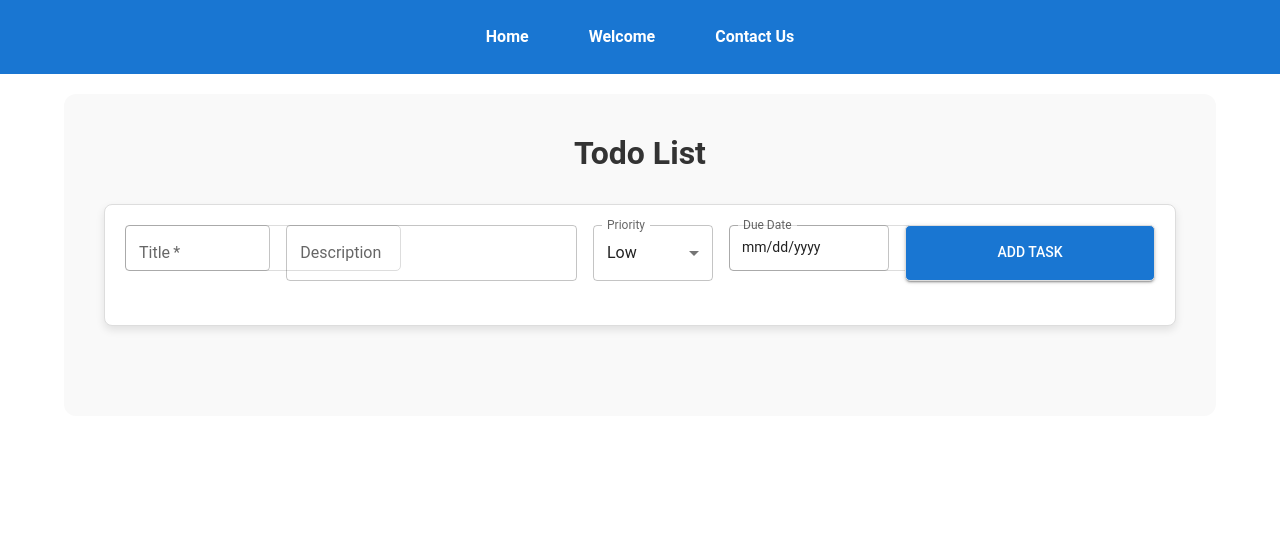
Repository: HPNChanel/Todo-List-Web-App
Page: / (app in frontend/todolist/)
The author's editor kept a copy of each file at every save. The page is drawn from the files as they stood at one save, then again after the next save.
The browser window is 1280 px wide. The pictures show the whole page.
The page's requests for data from a server got no answer. The project was rebuilt for these pictures with package versions that can differ from the ones it lists, and the page was loaded fresh each time. No one was signed in, and anything a server would have sent is missing. Also part of the build but not shown: frontend/todolist/src/styles/TaskItem.css, frontend/todolist/src/components/TaskItem.js, frontend/todolist/src/styles/WelcomePage.css, frontend/todolist/src/pages/WelcomePage.js, frontend/todolist/src/styles/NotFound.css, frontend/todolist/src/pages/NotFound.js. Imported but missing from the stored project, and not drawn on this page: frontend/todolist/src/components/ContactUs.

Above is the page before, as saved 2024-11-05 14:19:43.

After the next save:
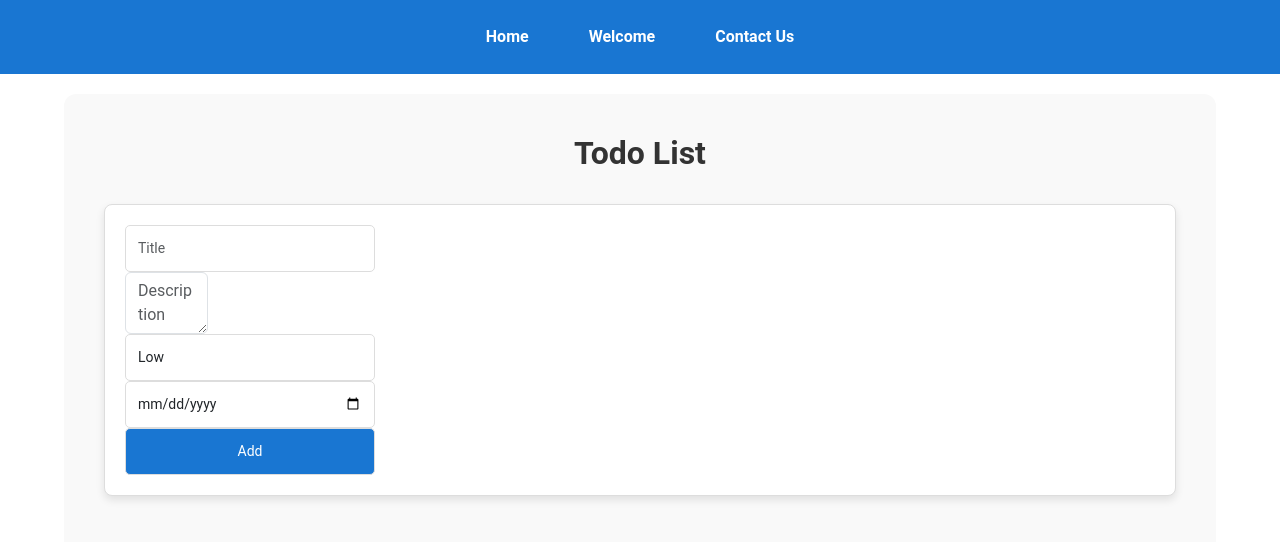
Saved 16 s later.
--- a/frontend/todolist/src/components/TaskForm.js
+++ b/frontend/todolist/src/components/TaskForm.js
@@ -1,9 +1,7 @@
 // src/components/TaskForm.js
 import React, { useState, useEffect } from 'react';
-import { TextField, Button, MenuItem, Box } from '@mui/material';
-import { motion } from 'framer-motion';
+import '../styles/TaskForm.css';
 import useTasks from '../hooks/useTasks';
-import '../styles/TaskForm.css';
 
 function TaskForm({ taskToEdit, clearTaskToEdit }) {
     const { addTask, editTask } = useTasks();
@@ -37,55 +35,52 @@ function TaskForm({ taskToEdit, clearTaskToEdit }) {
     };
 
     return (
-        <motion.div
-            className="task-form"
-            initial={{ opacity: 0, y: -20 }}
-            animate={{ opacity: 1, y: 0 }}
-            transition={{ duration: 0.5 }}
-        >
-            <Box component="form" onSubmit={handleSubmit} sx={{ display: 'flex', gap: 2, mb: 3 }}>
-                <TextField
-                    label="Title"
-                    variant="outlined"
-                    value={title}
-                    onChange={(e) => setTitle(e.target.value)}
-                    required
-                    sx={{ flex: 1 }}
-                />
-                <TextField
-                    label="Description"
-                    variant="outlined"
-                    multiline
-                    maxRows={4}
-                    value={description}
-                    onChange={(e) => setDescription(e.target.value)}
-                    sx={{ flex: 2 }}
-                />
-                <TextField
-                    select
-                    label="Priority"
-                    variant="outlined"
-                    value={priority}
-                    onChange={(e) => setPriority(e.target.value)}
-                    sx={{ width: 120 }}
-                >
-                    <MenuItem value={1}>Low</MenuItem>
-                    <MenuItem value={2}>Medium</MenuItem>
-                    <MenuItem value={3}>High</MenuItem>
-                </TextField>
-                <TextField
-                    label="Due Date"
-                    type="date"
-                    InputLabelProps={{ shrink: true }}
-                    value={dueDate}
-                    onChange={(e) => setDueDate(e.target.value)}
-                    sx={{ width: 160 }}
-                />
-                <Button type="submit" variant="contained" color="primary">
-                    {taskToEdit ? "Update Task" : "Add Task"}
-                </Button>
-            </Box>
-        </motion.div>
+        <form className="task-form mb-4" onSubmit={handleSubmit}>
+            <div className="form-row">
+                <div className="form-group col-md-3">
+                    <input
+                        type="text"
+                        className="form-control"
+                        placeholder="Title"
+                        value={title}
+                        onChange={(e) => setTitle(e.target.value)}
+                        required
+                    />
+                </div>
+                <div className="form-group col-md-4">
+                    <textarea
+                        className="form-control"
+                        placeholder="Description"
+                        value={description}
+                        onChange={(e) => setDescription(e.target.value)}
+                    />
+                </div>
+                <div className="form-group col-md-2">
+                    <select
+                        className="form-control"
+                        value={priority}
+                        onChange={(e) => setPriority(e.target.value)}
+                    >
+                        <option value={1}>Low</option>
+                        <option value={2}>Medium</option>
+                        <option value={3}>High</option>
+                    </select>
+                </div>
+                <div className="form-group col-md-2">
+                    <input
+                        type="date"
+                        className="form-control"
+                        value={dueDate}
+                        onChange={(e) => setDueDate(e.target.value)}
+                    />
+                </div>
+                <div className="form-group col-md-1">
+                    <button type="submit" className="btn btn-primary btn-block">
+                        {taskToEdit ? "Update" : "Add"}
+                    </button>
+                </div>
+            </div>
+        </form>
     );
 }
 
